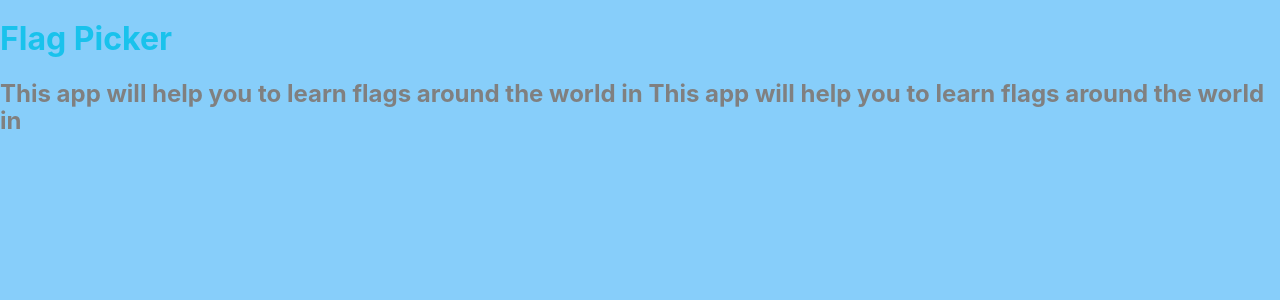
Repository: paras-shah/flag-app
Page: /
The author's editor kept a copy of each file at every save. The page is drawn from the files as they stood at one save, then again after the next save.
The browser window is 1280 px wide. The pictures show the whole page.
The project was rebuilt for these pictures with package versions that can differ from the ones it lists, and the page was loaded fresh each time.

Above is the page before, as saved 2020-02-11 21:32:10.

### public/index.html
<!DOCTYPE html>
<html lang="en">
  <head>
    <meta charset="utf-8" />
    <link rel="icon" href="%PUBLIC_URL%/favicon.ico" />
    <meta name="viewport" content="width=device-width, initial-scale=1" />
    <meta name="theme-color" content="#000000" />
    <meta
      name="description"
      content="Web site created using create-react-app"
    />
    <link rel="apple-touch-icon" href="%PUBLIC_URL%/logo192.png" />
    <link href="https://fonts.googleapis.com/css?family=Roboto&display=swap" rel="stylesheet">
    <!--
      manifest.json provides metadata used when your web app is installed on a
      user's mobile device or desktop. See https://developers.google.com/web/fundamentals/web-app-manifest/
    -->
    <link rel="manifest" href="%PUBLIC_URL%/manifest.json" />
    <!--
      Notice the use of %PUBLIC_URL% in the tags above.
      It will be replaced with the URL of the `public` folder during the build.
      Only files inside the `public` folder can be referenced from the HTML.

      Unlike "/favicon.ico" or "favicon.ico", "%PUBLIC_URL%/favicon.ico" will
      work correctly both with client-side routing and a non-root public URL.
      Learn how to configure a non-root public URL by running `npm run build`.
    -->
    <title>Flag App</title>
  </head>
  <body>
    <noscript>You need to enable JavaScript to run this app.</noscript>
    <div id="root"></div>
    <!--
      This HTML file is a template.
      If you open it directly in the browser, you will see an empty page.

      You can add webfonts, meta tags, or analytics to this file.
      The build step will place the bundled scripts into the <body> tag.

      To begin the development, run `npm start` or `yarn start`.
      To create a production bundle, use `npm run build` or `yarn build`.
    -->
  </body>
</html>

### src/index.js
import React from 'react';
import ReactDOM from 'react-dom';

import './style/normalize.css';
import './style/index.css';

import App from './App';

ReactDOM.render(<App />, document.getElementById('root'));

### src/style/index.css

body {
  margin: 0;
  font-family: -apple-system, BlinkMacSystemFont, 'Segoe UI', 'Roboto', 'Oxygen',
    'Ubuntu', 'Cantarell', 'Fira Sans', 'Droid Sans', 'Helvetica Neue',
    sans-serif;
  -webkit-font-smoothing: antialiased;
  -moz-osx-font-smoothing: grayscale;
  background-color: rgb(135, 206, 250);
}

.app-main{
  margin:"10% auto";
  padding:"10px";
  text-align: "center";
}

h1{
  font-size: "30px";
  color: rgb(25, 194, 236);
}

h2{
  font-size: "20px";
  color: grey;
}

### src/App.js
import React from 'react';

// Components

// Config
import COPY from "./config/copy";
import data from "./config/continents.json";


class App extends React.Component {
  constructor(props) {
    super(props);

    this.state = {
      flagData: null,
      selectedContinent: null,
      selectedCountry: [],
    }
  }

  componentDidMount() {
    this.setState({ flagData: data });
  }


  render() {
    return (
      <main className="app-main">
        <header className="app-header">
          <h1>{COPY.HEADER_TEXT}</h1>
          <h2>{COPY.HEADER_SUBTEXT} <span> {COPY.HEADER_SUBTEXT} </span></h2>
        </header>

        <div className="app-content">
        </div>
      </main>
    );
  }
}

export default App;

### src/config/copy.js
export default {
    HEADER_TEXT : "Flag Picker",
    HEADER_SUBTEXT : "This app will help you to learn flags around the world in",
    HEADER_SUBTEXT_TWO : "3 steps",
};

### src/config/continents.json
[
	{
		"continent": "Africa",
		"countries": [
			{
				"name": "Nigeria",
				"flag": "🇳🇬"
			},
			{
				"name": "Ethiopia",
				"flag": "🇪🇹"
			},
			{
				"name": "Egypt",
				"flag": "🇪🇬"
			},
			{
				"name": "DR Congo",
				"flag": "🇨🇩"
			},
			{
				"name": "South Africa",
				"flag": "🇿🇦"
			}
		]
	},
	{
		"continent": "America",
		"countries": [
			{
				"name": "USA",
				"flag": "🇺🇸"
			},
			{
				"name": "Brazil",
				"flag": "🇧🇷"
			},
			{
				"name": "Mexico",
				"flag": "🇲🇽"
			},
			{
				"name": "Colombia",
				"flag": "🇨🇴"
			},
			{
				"name": "Argentina",
				"flag": "🇦🇷"
			}
		]
	},
	{
		"continent": "Asia",
		"countries": [
			{
				"name": "China",
				"flag": "🇨🇳"
			},
			{
				"name": "India",
				"flag": "🇮🇳"
			},
			{
				"name": "Indonesia",
				"flag": "🇮🇩"
			},
			{
				"name": "Pakistan",
				"flag": "🇵🇰"
			},
			{
				"name": "Bangladesh",
				"flag": "🇧🇩"
			}
		]
	},
	{
		"continent": "Europe",
		"countries": [
			{
				"name": "Russia",
				"flag": "🇷🇺"
			},
			{
				"name": "Germany",
				"flag": "🇩🇪"
			},
			{
				"name": "UK",
				"flag": "🇬🇧"
			},
			{
				"name": "France",
				"flag": "🇫🇷"
			},
			{
				"name": "Italy",
				"flag": "🇮🇹"
			}
		]
	},
	{
		"continent": "Oceania",
		"countries": [
			{
				"name": "Australia",
				"flag": "🇦🇺"
			},
			{
				"name": "Papua New Guinea",
				"flag": "🇵🇬"
			},
			{
				"name": "New Zealand",
				"flag": "🇳🇿"
			},
			{
				"name": "Fiji",
				"flag": "🇫🇯"
			},
			{
				"name": "Solomon Islands",
				"flag": "🇸🇧"
			}
		]
	}
]

Loaded but not shown: src/style/normalize.css (library)

After the next save:
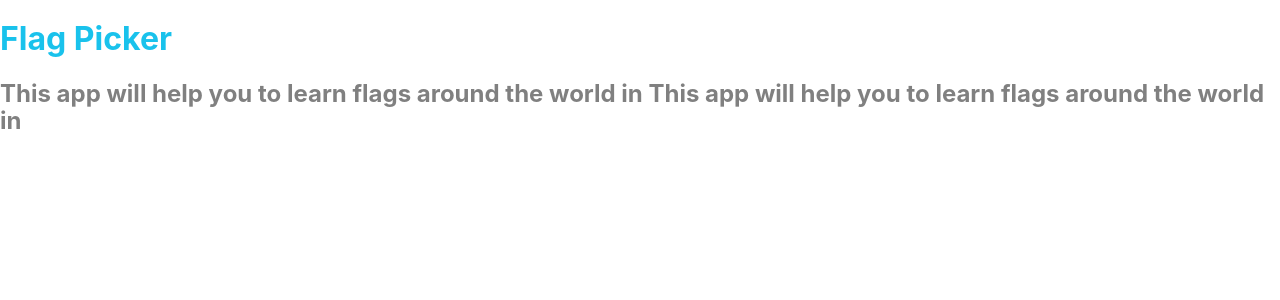
Saved 21 s later.
--- a/src/style/index.css
+++ b/src/style/index.css
@@ -6,7 +6,7 @@
     sans-serif;
   -webkit-font-smoothing: antialiased;
   -moz-osx-font-smoothing: grayscale;
-  background-color: rgb(135, 206, 250);
+  background-color: "lightskyblue";
 }
 
 .app-main{

After the save that followed:
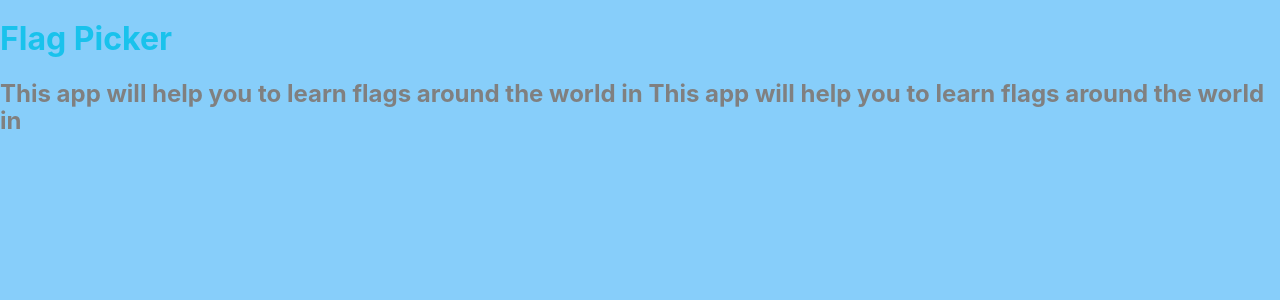
Saved 11 s later.
--- a/src/style/index.css
+++ b/src/style/index.css
@@ -6,7 +6,7 @@
     sans-serif;
   -webkit-font-smoothing: antialiased;
   -moz-osx-font-smoothing: grayscale;
-  background-color: "lightskyblue";
+  background-color: lightskyblue;
 }
 
 .app-main{
